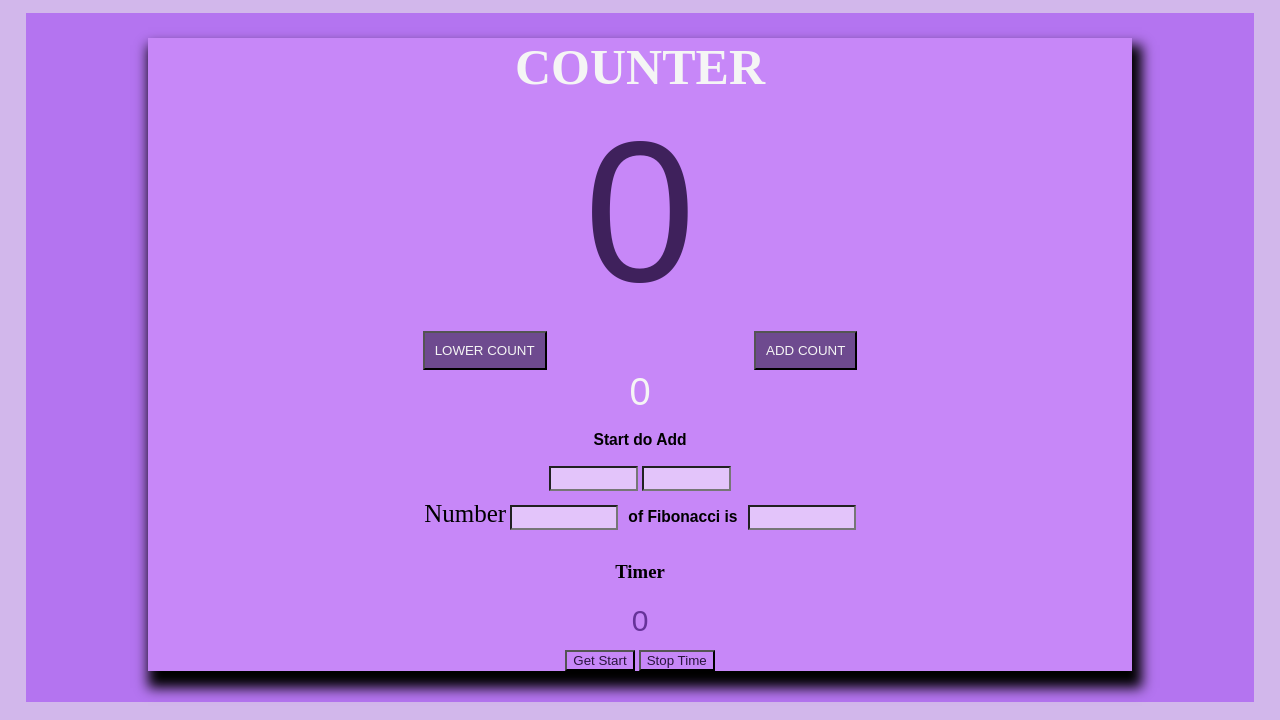
Repository: AnahitKhechumyan/Counter
Page: index.html
An editor plug-in stored every save of this project. The page is shown before and after the next save, followed by the edit.
The browser window is 1280 px wide. The pictures show the whole page.

Above is the page before, as saved 2022-02-16 02:06:25.

### index.html
<!DOCTYPE html>
<html lang="en">
<head>
    <meta charset="UTF-8">
    <meta http-equiv="X-UA-Compatible" content="IE=edge">
    <meta name="viewport" content="width=device-width, initial-scale=1.0">
    <link rel="stylesheet" href="style.css">
    <title>Counter</title>
</head>
<body>
    <div class="container">
       <div class="main">
            <div class="header">COUNTER</div>
            <button class= "counter">0</button>
            <div class = "change">
                 <button class ="decrement" type="button">LOWER COUNT</button>
                 <button class ="increment" type="button">ADD COUNT</button>
            </div>
            <button class= "sum">0</button> <br>
            <button class= "add" type="button"><h3>Start do Add</h3></button>
            <div >
                <input class ="firstInput" type="text" />
                <input class ="secondInput" type = "text"/>
           </div>
           <span>Number</span>
           <input class= "inputNumber" type="text" />
           <button class= "fibonacci" type="button"><h3>of Fibonacci is</h3></button>
           <input class= "inputFibonacci" type="text"/>

           <h3>Timer</h3>
           <button class= "timer">0</button>
            <div>
                <button class ="getTime">Get Start</button>
                <button class ="stopTime">Stop Time</button>
           </div>
        </div>
    </div>
    <script src= "script.js"></script>
</body>
</html>

### style.css
body{
    margin: 0;
    background-color: rgb(210, 183, 235);
}
.container{
    background-color: rgb(180, 116, 240);
    width: 96%;
    height: 94vh;
    margin-right:2%;
    margin-left:2%;
    margin-top:1%;
    padding-top: 1%;

}
.main{
    background-color: rgb(199, 135, 248);
    width: 80%;
    height: 88vh;
    margin: 1% 10%;
    box-shadow: 5px 12px 12px 5px;
    text-align: center;
}
.header{
    text-align: center;
    color:whitesmoke;
    font-size: 50px;
    font-weight: 700;
}

.counter{
    border:none;
    font-size:200px;
    color:rgb(63, 33, 92);
    background-color:rgb(199, 135, 248) ;

}
 .change{
     background-color:  rgb(199, 135, 248);
     font-size: 30px;
 }
.decrement{
    padding:10px;
    margin-right: 100px;
   background-color: rgb(110, 74, 143);
   color:whitesmoke;
}
.decrement:hover{
    background-color:whitesmoke;
    color:rgb(110, 74, 143);
    cursor:pointer;
}
.increment{
    padding:10px;
    margin-left: 100px;
    background-color: rgb(110, 74, 143);
    color:whitesmoke;
}
.increment:hover{
    background-color:whitesmoke;
    color:rgb(110, 74, 143);
    cursor:pointer;
}
.sum{
    border:none;
    background-color: rgb(199, 135, 248);
    color:whitesmoke;
    font-size: 38px;
}
.firstInput, .secondInput{
    width: 8%;
    padding:3px;
}
.fibonacci{
    background-color: rgb(199, 135, 248);
    border:none;
}
.inputNumber, .inputFibonacci{
    width: 10%;
    padding:3px;
}
input{
    background-color: rgb(227, 196, 250);
}

.timer{
    padding:2px 3px;
    font-size: 30px;
   width: 5%;
   border:none;
   color:rebeccapurple;
   background-color:rgb(199, 135, 248);;
}

.getTime, .stopTime{
    margin-top:1%;
    background-color:rgb(199, 135, 248);
    color:rgb(41, 20, 61);
    cursor:pointer;
}
.getTime:hover, .stopTime:hover{
    background-color: whitesmoke;
    font-weight: 200;
}
h3{
    cursor:pointer;
}
.add{
    border:none;
    background-color: rgb(199, 135, 248);
}
.main >span{
 font-size: 25px;
}

### script.js
let counterElem = document.querySelector(".counter");
let addCount = document.querySelector(".increment");
let lowerCount = document.querySelector(".decrement");
let getTimer = document.querySelector(".getTime");
let stopTimer = document.querySelector(".stopTime");
let goTimer = document.querySelector(".timer");
let startAdd = document.querySelector(".add");
let addSum = document.querySelector(".sum");
let firstNum = document.querySelector(".firstInput");
let secondNum = document.querySelector(".secondInput");
let getFibonacci = document.querySelector(".fibonacci");
let inputNum = document.querySelector(".inputNumber");
let  addFibonacci = document.querySelector(".inputFibonacci");

let count = 0;
updateDisplay();

addCount.addEventListener("click", () => {
  count++;
  updateDisplay();
});
lowerCount.addEventListener("click", () => {
  count--;
  updateDisplay();
});

function updateDisplay() {
  counterElem.innerHTML = count;
}

startAdd.addEventListener("click", () => {
  let x = firstNum.value;
  let y = secondNum.value;
  addSum.innerHTML = add(x)(y);
  firstNum.value = " ";
  secondNum.value = " ";
});

let sum = 0;
function add(x) {
  return function (y) {
    return Number(x) + Number(y);
  };
}

getFibonacci.addEventListener("click", () => {
    let f = inputNum.value;
    addFibonacci.value = findFibonacci(f);
    inputNum.value = " ";
  });

  let findFibonacci = function(f){
              if(f<=0){
                   return 0;
                 }
              if(f===1){
                   return 1;
                 }
              if(f===2){
                   return 2;
                }
    return findFibonacci(f-2) + findFibonacci(f-1);
};

countTime = 0;
function getTime() {
  countTime++;
  goTimer.innerHTML = countTime;
}
let timer = 0;
getTimer.addEventListener("click", () => {
  timer = setInterval(getTime, 1000);
});

stopTimer.addEventListener("click", () => {
  clearInterval(timer);
  countTime = 0;
  goTimer.innerHTML = 0;
});

After the next save:
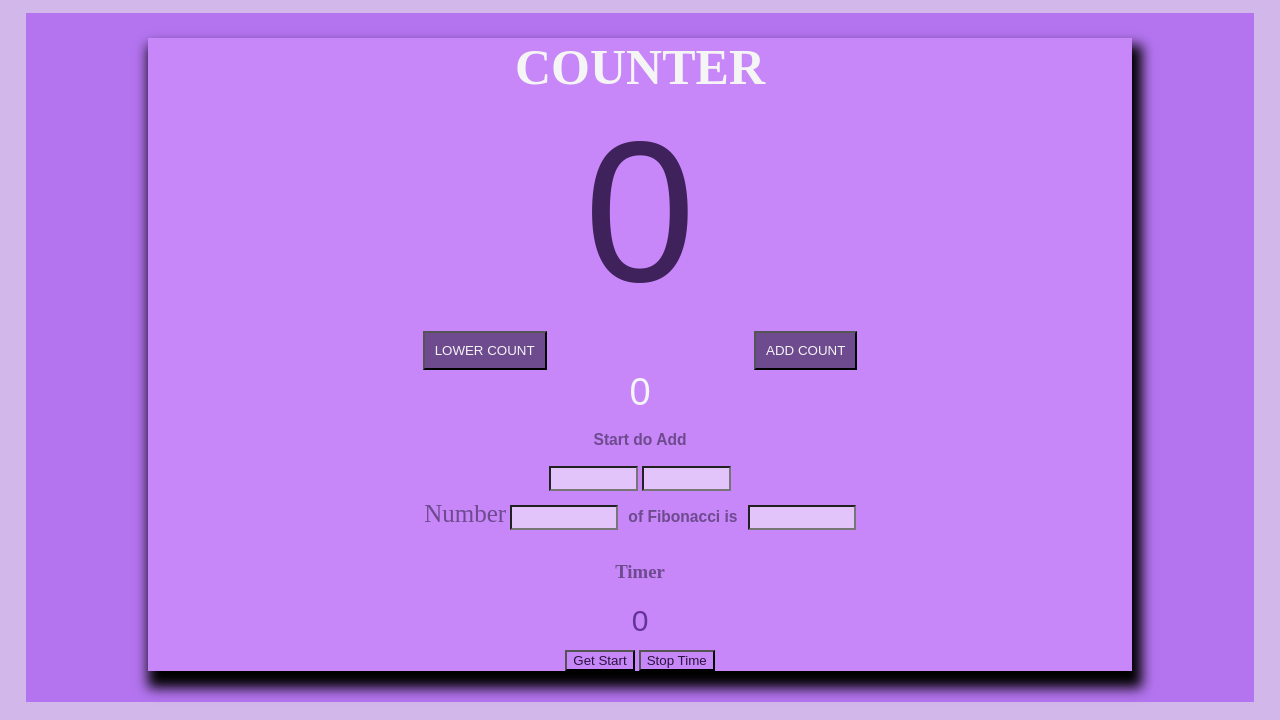
Saved 66 s later.
--- a/style.css
+++ b/style.css
@@ -103,6 +103,7 @@ input{
 }
 h3{
     cursor:pointer;
+    color:rgb(110, 74, 143);
 }
 .add{
     border:none;
@@ -110,4 +111,5 @@ h3{
 }
 .main >span{
  font-size: 25px;
+ color:rgb(110, 74, 143);
 }
